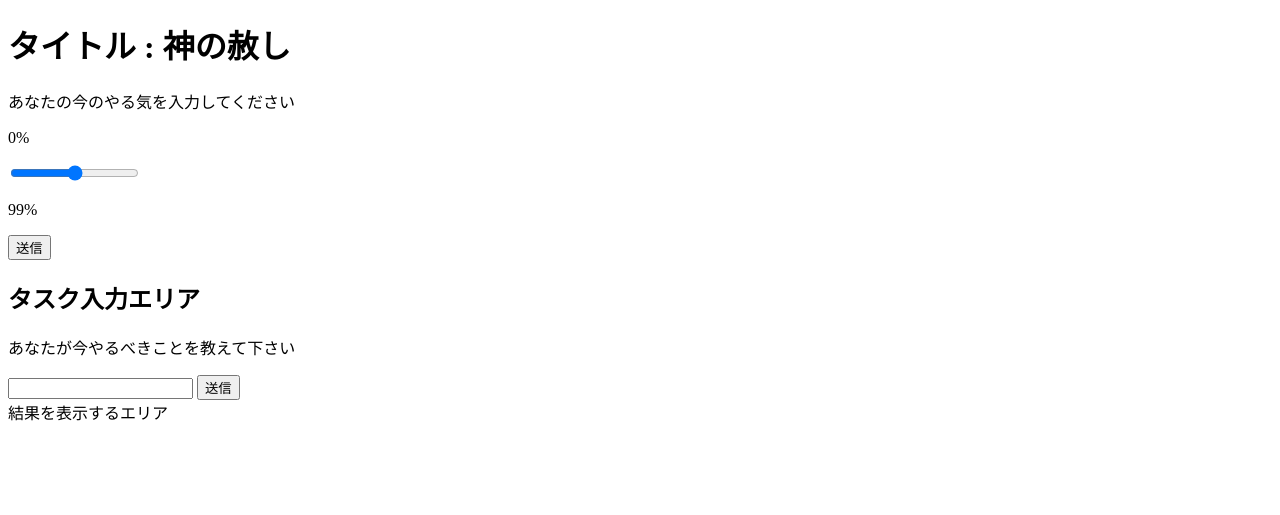
Repository: masa0306/god_forgiveness
Page: index.html
The author's editor kept a copy of each file at every save. The page is drawn from the files as they stood at one save, then again after the next save.
The browser window is 1280 px wide. The pictures show the whole page.

Above is the page before, as saved 2024-05-14 23:14:06.

After the next save:
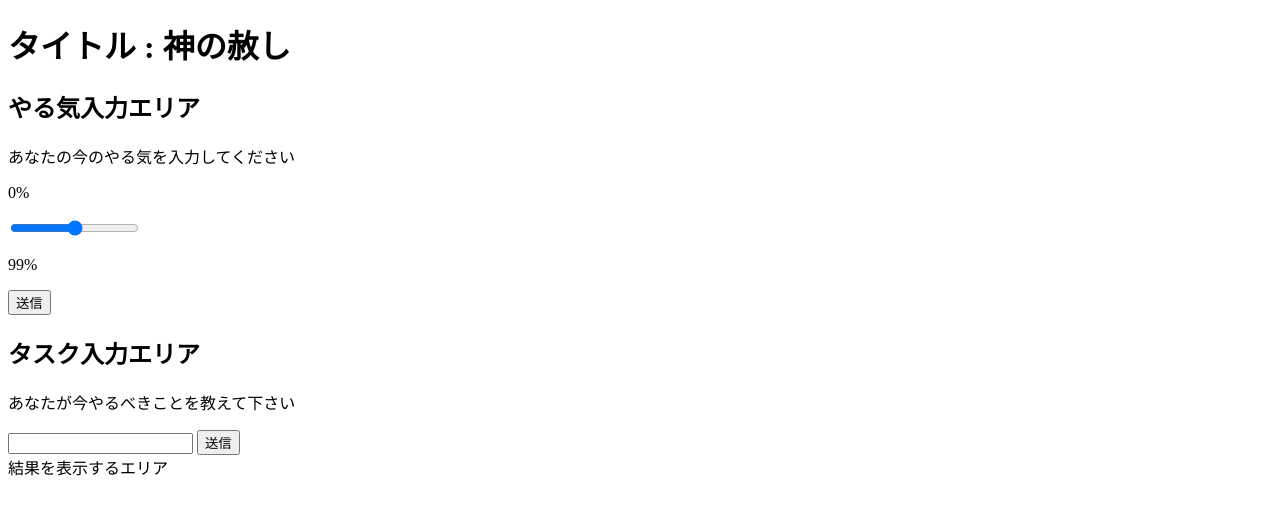
Saved 7 s later.
--- a/index.html
+++ b/index.html
@@ -10,7 +10,7 @@
 <!-- 神の許しを請うボタンを設置し、それを押すと始まるイメージ -->
     <div><h1>タイトル : 神の赦し</h1></div>
     <!-- やる気を入力するエリア -->
-    <div><h2></h2>
+    <div><h2>やる気入力エリア</h2>
         <p>あなたの今のやる気を入力してください</p>
         <p>0%</p>
         <input type="range" name="motivation" min="0" max="99" id="motivationValue">
